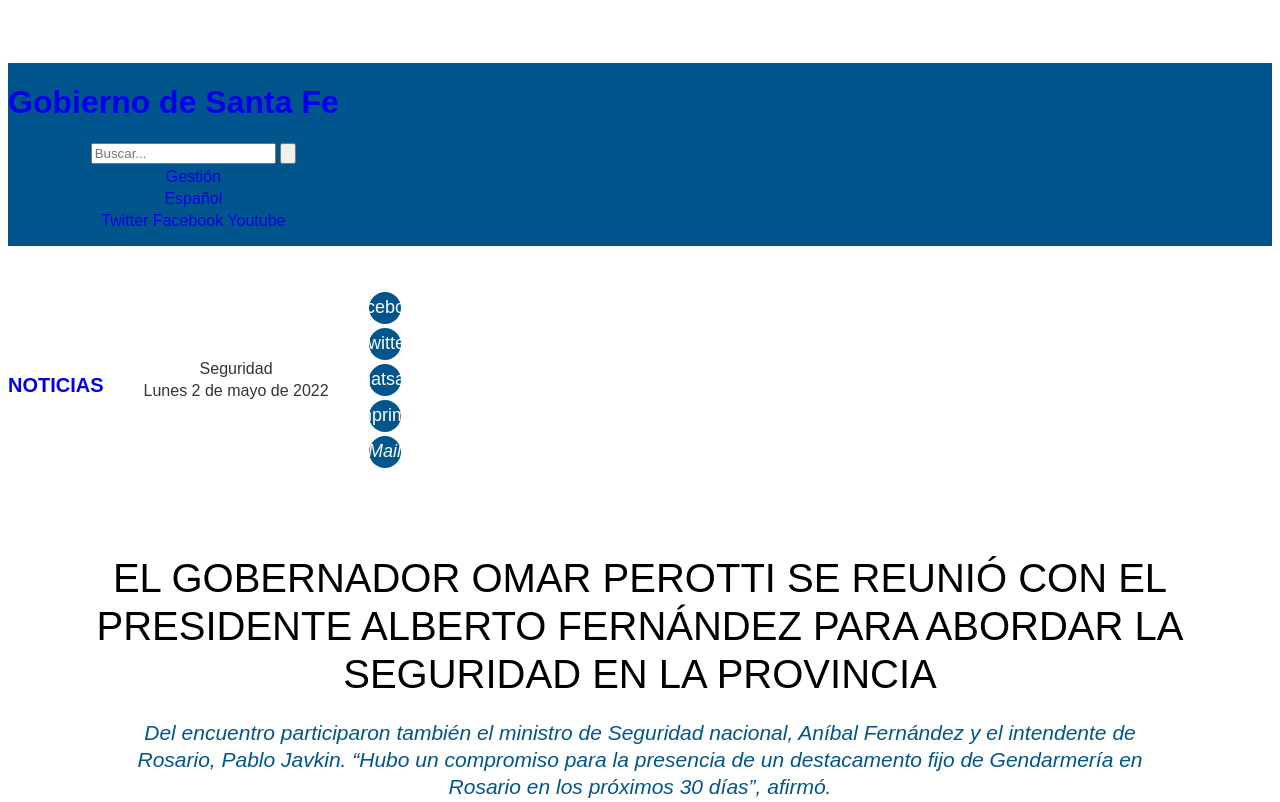
Repository: Larrowo/LPPA
Page: Clase 4/index.html
These files come from the project's save history. The page is drawn as it stood at one moment and after the next save; the edit follows.
The browser window is 1280 px wide. The pictures show the part of the page from y = 0 to 802 px (the page is 2893 px tall).
A picture or video elsewhere on the page could not be fetched, so the positions and the page height are approximate.

Above is the page before, as saved 2022-05-03 13:22:45.

### Clase 4/index.html
<!DOCTYPE html>
<html lang="en">
<head>
    <meta charset="UTF-8">
    <meta http-equiv="X-UA-Compatible" content="IE=edge">
    <meta name="viewport" content="width=device-width, initial-scale=1.0">
    <title>Document</title>
    <link rel="stylesheet" href="/style.css">
</head>
<body>
    <script>
        function alerta(){
            alert("No sirve este botón :(");
        }
    </script>
    <header id="site-header" class="">
        <div class="container">
            <h1 class="logo logo--sf-header"><a href="https://www.santafe.gob.ar/">Gobierno de Santa Fe</a></h1>
            <a href="#" class="btn-hamburger"><span></span></a>
            <nav class="nav-header">
                <ul class="menu-header">
                     <li class="search-header">
                        <a href="#" class="open-search"><i class="icon-search"></i></a>
                        <form action="/searchgoogle" class="search-form">
                              <input id="q" type="text" placeholder="Buscar..." class="input-search" name="q">
                              <input type="submit" class="submit-search" value="">
                        </form>
                    </li>
                    <!--/search-header-->
                    <li class="gestion dropdown">
                        <a href="#" class="btn-dropdown"><i class="icon-menu"></i><span>Gestión</span></a>
                        <div class="dropdown-menu">
                            <ul>
                                                    <li><a href="http://www.santafe.gob.ar/index.php/web/content/view/full/93661" target="_blank">La provincia</a></li>
                                                    <li><a href="http://www.santafe.gob.ar/index.php/web/content/view/full/93670" target="_blank">Organización del Estado</a></li>
                                                    <li><a href="http://www.santafe.gob.ar/index.php/web/content/view/full/93695" target="_blank">Personal del Estado</a></li>
                                                    <li><a href="http://www.santafe.gob.ar/index.php/web/content/view/full/121711" target="_blank">Educación</a></li>
                                                    <li><a href="http://www.santafe.gob.ar/index.php/web/content/view/full/93702" target="_blank">Cultura</a></li>
                                                    <li><a href="http://www.santafe.gob.ar/index.php/web/content/view/full/93747" target="_blank">Desarrollo Social</a></li>
                                                    <li><a href="http://www.santafe.gob.ar/index.php/web/content/view/full/93760" target="_blank">Trabajo</a></li>
                                                    <li><a href="http://www.santafe.gob.ar/index.php/web/content/view/full/93779" target="_blank">Economía</a></li>
                                                    <li><a href="http://www.santafe.gob.ar/index.php/web/content/view/full/93790" target="_blank">Producción, Ciencia y Tecnología</a></li>
                                                    <li><a href="http://www.santafe.gob.ar/index.php/web/content/view/full/93796" target="_blank">Salud</a></li>
                                                    <li><a href="http://www.santafe.gob.ar/index.php/web/content/view/full/93805" target="_blank">Gobierno, Justicia y Derechos Humanos</a></li>
                                                    <li><a href="http://www.santafe.gob.ar/index.php/web/content/view/full/93815" target="_blank">Seguridad</a></li>
                                                    <li><a href="http://www.santafe.gob.ar/index.php/web/content/view/full/93822" target="_blank">Infraestructura, Servicios Públicos y Hábitat</a></li>
                                                    <li><a href="http://www.santafe.gob.ar/index.php/web/content/view/full/102676" target="_blank">Ambiente y Cambio Climático</a></li>
                                                    <li><a href="http://www.santafe.gob.ar/index.php/web/content/view/full/102282" target="_blank">Impuestos</a></li>
                                                    <li><a href="http://www.santafe.gob.ar/index.php/web/content/view/full/102677" target="_blank">Jubilaciones y Pensiones</a></li>
                                                    <li><a href="http://www.santafe.gob.ar/index.php/web/content/view/full/234992" target="_blank">Pensiones Ley 5110</a></li>
                                                    <li><a href="http://www.santafe.gob.ar/index.php/web/content/view/full/211141" target="_blank">Gestión Pública</a></li>
                                                    <li><a href="http://www.santafe.gob.ar/index.php/web/content/view/full/235832" target="_blank">Igualdad, Género y Diversidad</a></li>
                                                    <li><a href="http://www.santafe.gob.ar/index.php/web/content/view/full/243158" target="_blank">Catastro</a></li>

                            </ul>
                        </div>
                    </li>
                    <!--/gestion-->

                    <li class="idioma dropdown">
                        <a href="#" class="btn-dropdown">Español</a>
                        <div class="dropdown-menu">
                        <ul>
                            <li><a href="/noticias/">Español</a></li>
                            <li><a href="/noticias/pt/">Portugues</a></li>
                            <li><a href="/noticias/en/">English</a></li>
                        </ul>
                        </div>
                    </li>
                    <!--/idioma-->

                    <li class="social-header">
                        <a href="http://www.twitter.com/GobSantaFe" target="_blank"><i class="icon-tw"></i>Twitter</a>
                        <a href="http://www.facebook.com/GobSantaFe" target="_blank"><i class="icon-fb"></i>Facebook</a>
                        <a href="http://www.youtube.com/GobSantaFe" target="_blank"><i class="icon-yt"></i>Youtube</a>
                    </li>
                    <!--/social-header-->
                </ul>
                <!--/menu-header-->
            </nav>
            <!--/nav-header-->
        </div>
        <!--/container-->
    </header>
    <div id="top-post" class="top-post-divider">
        <div class="container">
            <h2 class="title-page"><a href="https://www.santafe.gov.ar/noticias/">Noticias</a></h2>
            <ul class="article-data">
                <li><span class="article-categorie">Seguridad</span></li>
                <li><span class="article-time">Lunes 2 de mayo de 2022</span></li>
            </ul>
            <div class="social-share social-post">
                <ul>
                        <li>
                            <a href="#" onclick="window.open('https://www.facebook.com/sharer.php?u=http%3A%2F%2Fwww.santafe.gob.ar%2Fnoticias%2Fnoticia%2F274554&amp;display=popup&amp;ref=plugin&amp;src=like','facebook_share', 'height=325, width=580, toolbar=no, menubar=no, scrollbars=no, resizable=no, location=no, directories=no, status=no')"><i class="icon-fb-alt"></i>Facebook</a>
                        </li>
                        <li>
                            <a href="https://twitter.com/intent/tweet?original_referer=http%3A%2F%2Fwww.santafe.gob.ar%2Fnoticias%2Fnoticia%2F274554%2F&amp;text=El gobernador Omar Perotti se reunió con el presidente Alberto Fernández para abordar la seguridad en la provincia&amp;via=gobsantafe&amp;url=http%3A%2F%2Fwww.santafe.gob.ar%2Fnoticias%2Fnoticia%2F274554%2F"><i class="icon-tw-alt"></i>Twitter</a>
                        </li>
                        <li>
                            <a href="https://api.whatsapp.com/send?text=Mir%C3%A1%20esta%20noticia%20de%20la%20Provincia%20de%20Santa%20Fe:%20https://www.santafe.gob.ar/noticias/noticia/274554/" target="_blank"><i class="icon-whatsapp"></i>Whatsapp</a>
                        </li>
                        <li>
                            <a href="#" onclick="alerta()"><i class="icon-print"></i>Imprimir</a>
                        </li>
                        <li>
                            <a href="mailto:?subject=El gobernador Omar Perotti se reunió con el presidente Alberto Fernández para abordar la seguridad en la provincia&amp;body=https://www.santafe.gob.ar/noticias/noticia/274554/"><i class="icon-mail">Mail</i></a>
                        </li>
                </ul>
            </div>
        </div>
        <!--/container-->
    </div>
    <section id="header-post">
        <div class="container">
            <div class="box-header">
                <h2 class="title-post">El gobernador Omar Perotti se reunió con el presidente Alberto Fernández para abordar la seguridad en la provincia</h2>
                <p class="headline-post">Del encuentro participaron también el ministro de Seguridad nacional, Aníbal Fernández y el intendente de Rosario, Pablo Javkin. “Hubo un compromiso para la presencia de un destacamento fijo de Gendarmería en Rosario en los próximos 30 días”, afirmó.</p>
            </div>
            <div class="image-post">
                <img src="https://www.santafe.gov.ar/noticias/media/cache/thumb_no_full/recursos/fotos/2022/05/2022-05-02NID_274554O_1.jpeg" alt="">
                <!-- <div class="caption-image">
                    <p>El gobernador Omar Perotti se reunió con el presidente Alberto Fernández para abordar la seguridad en la provincia.</p>
                </div>	 -->
            </div>
            <!--/image-post-->
        </div>
        <!--/container-->
    </section>
    <div id="content-post">

        <div class="container">
            <div class="social-share social-fixed">
                <div class="inner-wrapper-sticky" style="position: relative;">
                    <ul>
                            <li>
                                        <a href="#" onclick="window.open('https://www.facebook.com/sharer.php?u=http%3A%2F%2Fwww.santafe.gob.ar%2Fnoticias%2Fnoticia%2F274554&amp;display=popup&amp;ref=plugin&amp;src=like','facebook_share', 'height=325, width=580, toolbar=no, menubar=no, scrollbars=no, resizable=no, location=no, directories=no, status=no')"><i class="icon-fb-alt"></i>Facebook</a>
                            </li>
                            <li>
                                        <a href="https://twitter.com/intent/tweet?original_referer=http%3A%2F%2Fwww.santafe.gob.ar%2Fnoticias%2Fnoticia%2F274554%2F&amp;text=El gobernador Omar Perotti se reunió con el presidente Alberto Fernández para abordar la seguridad en la provincia&amp;via=gobsantafe&amp;url=http%3A%2F%2Fwww.santafe.gob.ar%2Fnoticias%2Fnoticia%2F274554%2F"><i class="icon-tw-alt"></i>Twitter</a>
                            </li>
                            <li>
                                        <a href="https://api.whatsapp.com/send?text=Mir%C3%A1%20esta%20noticia%20de%20la%20Provincia%20de%20Santa%20Fe:%20https://www.santafe.gob.ar/noticias/noticia/274554/" target="_blank"><i class="icon-whatsapp"></i>Whatsapp</a>
                            </li>
                            <li>
                                        <a href="#" onclick="alerta()"><i class="icon-print"></i>Imprimir</a>
                            </li>
                            <li>
                                        <a href="mailto:?subject=El gobernador Omar Perotti se reunió con el presidente Alberto Fernández para abordar la seguridad en la provincia&amp;body=https://www.santafe.gob.ar/noticias/noticia/274554/"><i class="icon-mail"></i>Mail</a>
                            </li>
                    </ul>
                </div>
            </div>
        </div>
        <!--/container-->

        <div class="entry">
            <p>
                        El gobernador de Santa Fe, Omar Perotti, se reunió este lunes por la tarde con el presidente de la Nación, Alberto Fernández en Casa Rosada, para abordar diversas cuestiones relacionadas a la seguridad en la provincia.</p>

    <p>Tras el encuentro, del que formaron parte también el ministro de Seguridad de la Nación, Aníbal Fernández, y el intendente de Rosario, Pablo Javkin, Perotti afirmó: “La provincia de Santa Fe siente la necesidad de coordinar la presencia de más fuerzas federales en territorio, una acción de la justicia federal más sólida y tener acompañamiento en terrenos de trabajo que el gobierno nacional tiene para aportar en el mejoramiento de muchos de los sectores y barrios donde están las zonas más difíciles del delito”.</p>

    <p>“Estos temas no son nuevos – agregó el gobernador-&nbsp; porque el presidente ha marcado un compromiso para afrontar la situación, definiendo que la Argentina no puede permitir que estos hechos de violencia pasen en su territorio. Y esa definición nos parece central”.</p>

    <p>Asimismo, Perotti aseguró que “no tenemos como provincia la magnitud para enfrentar lo que está ocurriendo en nuestro territorio y necesitamos que todos los argentinos comprendan esa prioridad de presencia en la ciudad de Rosario y Santa Fe”. Y al respecto sumó que “ha habido el compromiso de la presencia de un destacamento fijo de Gendarmería en la ciudad de Rosario que será puesto en marcha en los próximos 30 días con un comandante a cargo de todas las operaciones en el territorio y con los primeros 300 gendarmes para integrar ese equipo”.</p>

    <p>Respecto a ello, el mandatario santafesino consideró “clave para trabajar de la mejor manera con las fuerzas provinciales y en coordinación con el Municipio en la mesa territorial de seguridad desplegada desde el inicio de la gestión”.</p>

    <p><strong>TRABAJO ENTRE NACIÓN, PROVINCIA Y MUNICIPIOS SIN GRIETAS </strong></p>

    <p>Más adelante, el gobernador santafesino aseguró que “son muchos años, mucha acumulación de tiempo y de situaciones que entendemos y queremos abordar de manera diferente”. Y en el mismo sentido, reconoció que “las distintas fuerzas políticas, entidades de la producción, del trabajo, las organizaciones sociales, las parroquias, los pastores, las iglesias, todos están con una preocupación y con un deseo de trabajar de forma conjunta para bajar los niveles de violencia, y en eso, la decisión de que estemos acá, los dos juntos, no es una instancia excepcional, todo lo contrario, así trabajamos en la provincia de Santa Fe, junto a cada intendente, y donde queremos que cada uno de los municipios tenga una creciente participación en la política de seguridad ciudadana”.</p>

    <p>“El trabajo entre Nación, Provincia y Municipios no tiene que tener grietas – aseguró Perotti. Los tiempos y los compromisos a cumplir serán claves con la llegada de un comandante para ayudar a coordinar las fuerzas federales y hacer mucho más operativos y procedimientos. Pero necesitamos trasladarle al resto de la ciudadanía la necesidad de que hay un acompañamiento permanente, que no es aislado, que no es esporádico, que ese destacamento de la Gendarmería es algo efectivo que pueden verlo todos, que está radicado y que está en marcha”.</p>

    <p><strong>REFORZAR LA JUSTICIA FEDERAL</strong></p>

    <p>Asimismo, Perotti manifestó que “el presidente asumió el compromiso de tomar un proyecto común de refuerzo y creación de juzgados y fiscalías de la Justicia Federal para Santa Fe. Existe un proyecto común que diputados de la provincia están trabajando y está el compromiso del presidente para que ese proyecto pueda ser enviado a la Cámara para su tratamiento, siendo específico para reforzar la Justicia Federal en nuestra provincia”.</p>

    <p>“Es una necesidad de todo Santa Fe pero también de todos los argentinos porque no queremos que lo que pasa en nuestra provincia se expanda a otras provincias”, subrayó el gobernador y sumó que “la Nación entiende la prioridad reforzar la Justicia por lo que está viviendo en la coyuntura y no quiere que se expanda al resto del país; y en esto se necesita de todas las fuerzas políticas para acompañar esa nueva realidad de una Justicia Federal con mucha más presencia”.</p>

    <p><strong>PASO FUNDAMENTAL</strong></p>

    <p>Por su parte, Javkin manifestó que además abordaron “la situación carcelaria. Gran parte de los hechos, más del 90%, tiene que ver con una organización desde personas que están cumpliendo condenas, lo que resulta una situación que claramente merece una respuesta”.</p>

    <p>Además, refirió que trataron “acelerar los procesos de urbanización porque cambiar el tejido de las ciudades hace a la seguridad ciudadana pero fundamentalmente tener una autoridad con quien coordinar donde y como se despliegan esas fuerzas federales que hoy tenemos en territorio. Creo que la necesidad de un comando unificado qué se resolvería dentro de esta semana es un paso fundamental y es lo que hemos planteado también en concreto hoy”.</p>

    <p>Por último, señaló: “Siempre en estas situaciones hay más expectativas por los resultados efectivos, pero hubo puntos muy directos: la designación de un comandante; el establecimiento en este nuevo plazo del destacamento; la ley que podría generar designaciones de juzgados federales; la situación del sistema carcelario de presos federales en la provincia y los procesos de urbanización de barrios, fueron los cinco puntos estratégicos”, concluyó.</p>

    <p></p>

    <p></p>

        </div>
        <!--entry-->

    </div>
</body>
</html>

### Clase 4/style.css
body {
  background-color: #fff;
  font-family: "Poppins", sans-serif;
  color: #333;
  padding-top: 55px;
}

ul {
  display: flex;
  align-items: center;
  justify-content: center;
  list-style: none;
  flex-direction: column;
  gap: 0.25rem;
}

a {
  text-decoration: none;
}

li {
  text-decoration: none;
}

strong {
  margin: 0;
  padding: 0;
  border: 0;
  outline: 0;
  font-size: 100%;
  vertical-align: baseline;
  background: transparent;
}

p,
h2 {
  display: block;
  margin-block-start: 1em;
  margin-block-end: 1em;
  margin-inline-start: 0px;
  margin-inline-end: 0px;
}

h2 {
  font-size: 20px;
  text-transform: uppercase;
  font-weight: 700;
  margin-bottom: 10px;
  line-height: 120%;
  color: #000;
}



#site-header {
  background-color: #d85e5e;
  display: flex;
  align-items: baseline;
  gap: 1rem;
  font-family: "Poppins", sans-serif;
  background-color: #00558c;
}


#top-post.top-post-divider .container {
    position: relative;
}

#top-post .container {
    padding-top: 30px;
    padding-bottom: 30px;
    display: flex;
    -webkit-box-align: center;
    -ms-flex-align: center;
    align-items: center;
}

#header-post {
  font-family: "Poppins", sans-serif;
  font-size: 40px;
  text-align: center;
  padding-bottom: 50px;
}

#header-post .title-post {
  font-size: 40px;
  margin-bottom: 20px;
  text-align: center;
  font-weight: 300;
  text-transform: uppercase;
  line-height: 120%;
  color: #000;
}

#header-post .headline-post {
  font-size: 21px;
  line-height: 130%;
  padding: 0 100px;
  color: #00558c;
  font-weight: 300;
  font-style: italic;
}

#content-post {
    display: flex;
    justify-content: center;
  }

.entry {
  text-align: left;
}

.entry p {
  color: #333333;
  width: 100%;
  max-width: 980px;
  margin: 0 auto 20px auto;
  font-weight: 300;
  font-size: 18px;
  line-height: 150%;
  padding: 0 100px;
  font-family: "Poppins", sans-serif;
}

#top-post .container {
  padding-top: 30px;
  padding-bottom: 30px;
  display: -webkit-box;
  display: -ms-flexbox;
  display: flex;
  -webkit-box-align: center;
  -ms-flex-align: center;
  align-items: center;
}

.social-share ul li a {
  pointer-events: all;
  display: flex;
  -webkit-box-align: center;
  -ms-flex-align: center;
  align-items: center;
  -webkit-box-pack: center;
  -ms-flex-pack: center;
  justify-content: center;
  width: 32px;
  height: 32px;
  border-radius: 50%;
  background-color: #00558c;
  color: #fff;
  font-size: 18px;
  -webkit-transition: all 0.2s ease;
  -o-transition: all 0.2s ease;
  transition: all 0.2s ease;
}

.inner-wrapper-sticky{
    position: sticky;
}

.gestion.dropdown {
  position: relative;
}

.dropdown-menu a {
  color: white;
}

.dropdown-menu {
  position: absolute;
  padding: 0.75rem;
  border-radius: 0.25rem;
  box-shadow: 0 1px 5px rgb(0 0 0 / 20%);
  opacity: 0;
  transform: translateY(-10px);
  transition: opacity 150ms ease-in-out, transform 150ms ease-in-out;
  pointer-events: none;
  background-color: black;
}

.gestion.dropdown > .btn-dropdown:focus + .dropdown-menu {
  opacity: 1;
  transform: translateY(0);
  pointer-events: auto;
}

.idioma.dropdown > .btn-dropdown:focus + .dropdown-menu {
  opacity: 1;
  transform: translateY(0);
  pointer-events: auto;
}

After the next save:
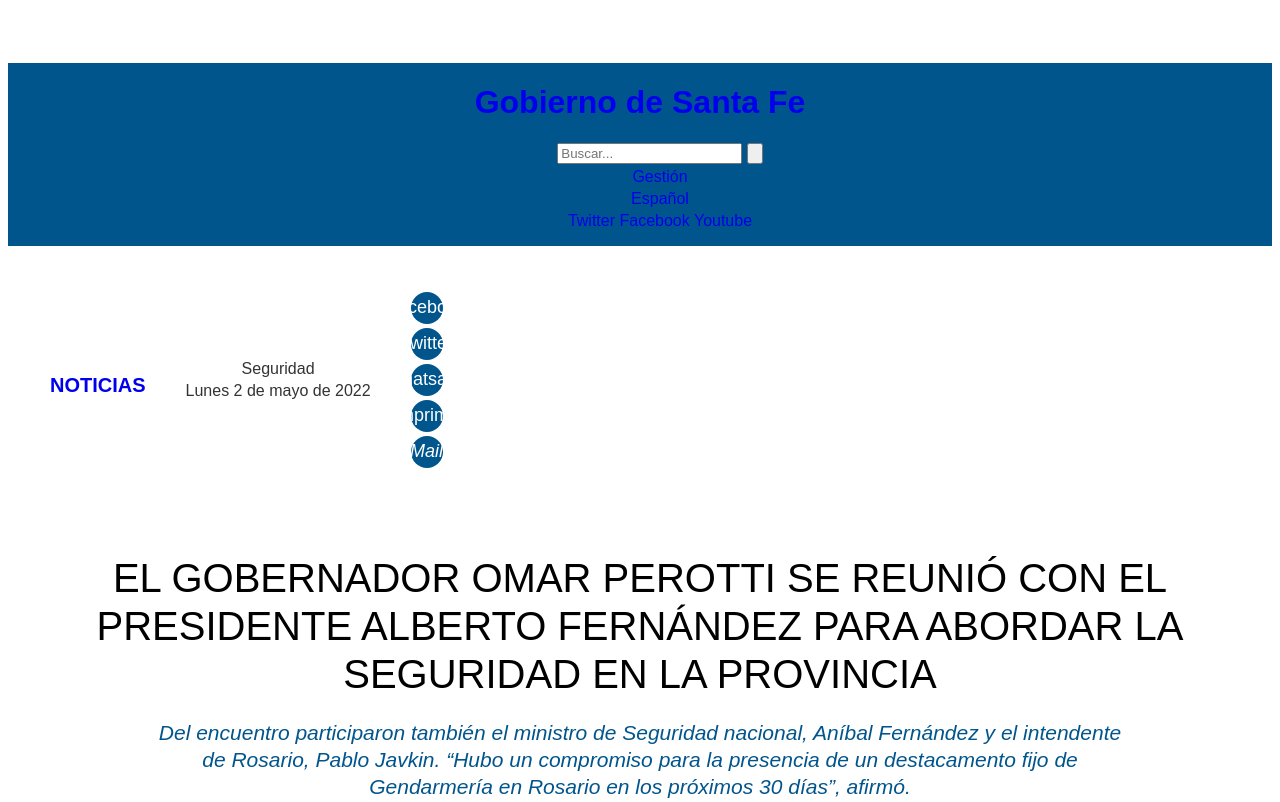
Saved 31 s later.
--- a/Clase 4/style.css
+++ b/Clase 4/style.css
@@ -73,6 +73,12 @@
     -webkit-box-align: center;
     -ms-flex-align: center;
     align-items: center;
+}
+
+.container {
+    max-width: 1180px;
+    margin-left: auto;
+    margin-right: auto;
 }
 
 #header-post {
